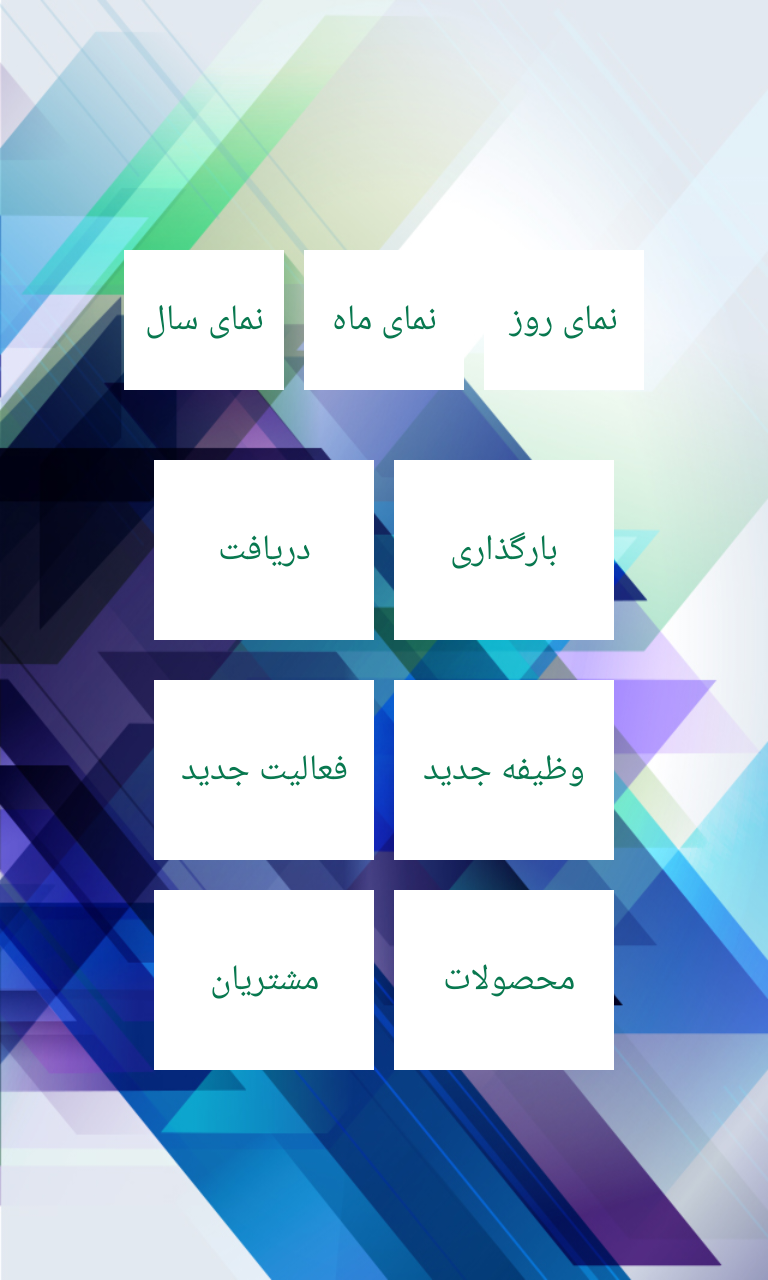
Repository: AtiehPardaz/CRM-Mobile
Layout: Crm-Mobile/res/layout/activity_home.xml
An editor plug-in stored every save of this project. The layout is shown before and after the next save, followed by the edit.
It is drawn on a 768 x 1280 px phone screen (xhdpi) without system bars, with theme AppTheme; the app's code is not run.

Above is the layout before, as saved 2015-02-21 13:37:44.

### Crm-Mobile/res/layout/activity_home.xml
<?xml version="1.0" encoding="utf-8"?>
<LinearLayout xmlns:android="http://schemas.android.com/apk/res/android"
    android:layout_width="match_parent"
    android:layout_height="match_parent"
    android:layout_gravity="center"
    android:background="@drawable/bghome"
    android:gravity="center"
    android:orientation="vertical" >

    <LinearLayout
        android:layout_width="wrap_content"
        android:layout_height="wrap_content"
        android:layout_gravity="center"
        android:layout_margin="20dp" >

        <Button
            android:id="@+id/btn_yearview"
            android:layout_width="80dp"
            android:layout_height="70dp"
            android:layout_margin="5dp"
            android:background="#ffffff"
            android:text="نمای سال"
            android:textColor="#08784F" />

        <Button
            android:id="@+id/btn_monthview"
            android:layout_width="80dp"
            android:layout_height="70dp"
            android:layout_margin="5dp"
            android:background="#ffffff"
            android:text="نمای ماه"
            android:textColor="#08784F" />

        <Button
            android:id="@+id/btn_dayview"
            android:layout_width="80dp"
            android:layout_height="70dp"
            android:layout_margin="5dp"
            android:background="#ffffff"
            android:text="نمای روز"
            android:textColor="#08784F" />

    </LinearLayout>

    <LinearLayout
        android:layout_width="wrap_content"
        android:layout_height="wrap_content"
        android:layout_margin="5dp" >

        <Button
            android:id="@+id/btn_download"
            android:layout_width="110dp"
            android:layout_height="90dp"
            android:layout_margin="5dp"
            android:background="#ffffff"
            android:text="دریافت"
              android:textColor="#08784F" />

        <Button
            android:id="@+id/btn_upload"
            android:layout_width="110dp"
            android:layout_height="90dp"
            android:layout_margin="5dp"
            android:background="#ffffff"
            android:text="بارگذاری"
              android:textColor="#08784F" />

    </LinearLayout>

    <LinearLayout
        android:layout_width="wrap_content"
        android:layout_height="wrap_content"
        android:layout_margin="5dp" >

        <Button
            android:id="@+id/btn_newactivity"
            android:layout_width="110dp"
            android:layout_height="90dp"
            android:layout_margin="5dp"
            android:background="#ffffff"
            android:text="فعالیت جدید"
             android:textColor="#08784F" />

        <Button
            android:id="@+id/btn_newtask"
            android:layout_width="110dp"
            android:layout_height="90dp"
            android:layout_margin="5dp"
            android:background="#ffffff"
            android:text="وظیفه جدید"
            android:textColor="#08784F" />

    </LinearLayout>

    <LinearLayout
        android:layout_width="wrap_content"
        android:layout_height="wrap_content" >

        <Button
            android:id="@+id/btn_customer"
            android:layout_width="110dp"
            android:layout_height="90dp"
            android:layout_margin="5dp"
            android:background="#ffffff"
            android:text="مشتریان"
              android:textColor="#08784F" />

        <Button
            android:id="@+id/btn_productservises"
            android:layout_width="110dp"
            android:layout_height="90dp"
            android:layout_margin="5dp"
            android:background="#ffffff"
            android:text="محصولات "
              android:textColor="#08784F"/>

    </LinearLayout>

</LinearLayout>

Loaded but not shown: Crm-Mobile/res/values/styles.xml (common file); Crm-Mobile/res/values-v11/styles.xml (common file); Crm-Mobile/res/values-v14/styles.xml (common file)

After the next save:
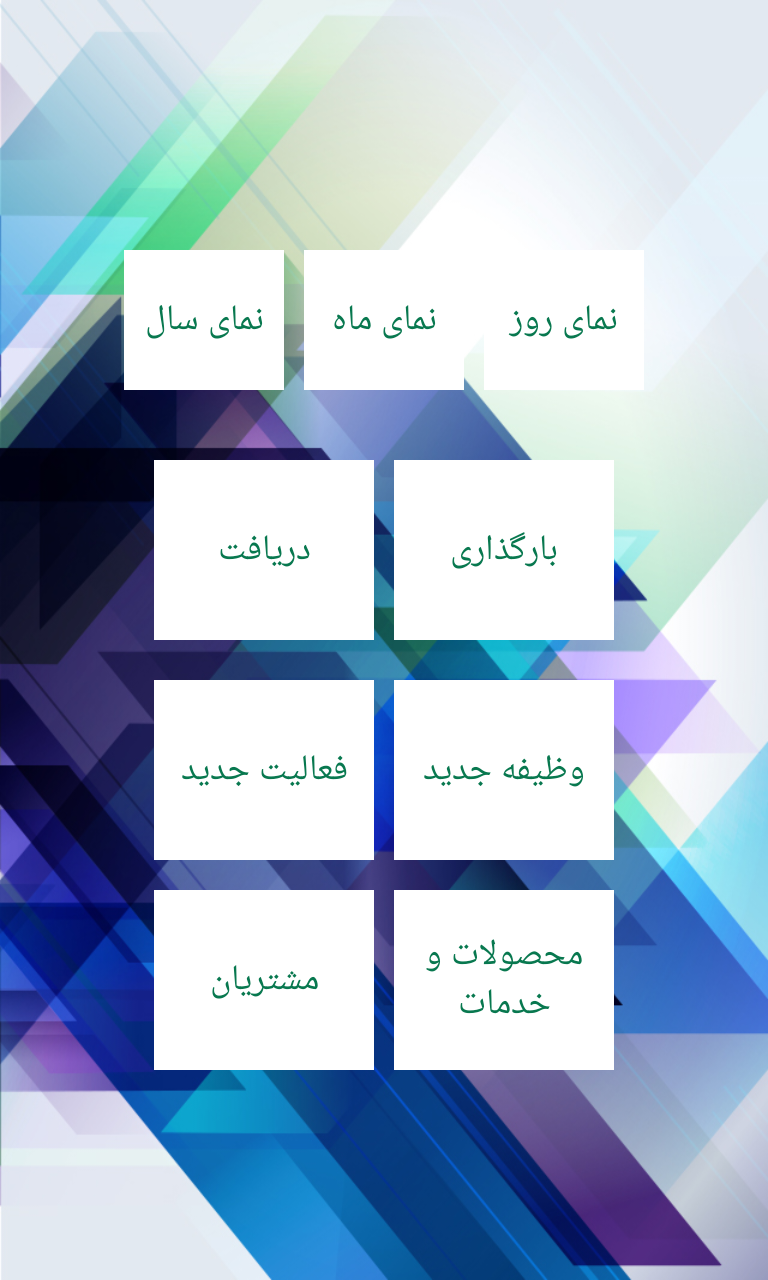
Saved 5 min 4 s later.
--- a/Crm-Mobile/res/layout/activity_home.xml
+++ b/Crm-Mobile/res/layout/activity_home.xml
@@ -109,10 +109,11 @@
             android:id="@+id/btn_productservises"
             android:layout_width="110dp"
             android:layout_height="90dp"
+            android:layout_gravity="center"
             android:layout_margin="5dp"
             android:background="#ffffff"
-            android:text="محصولات "
-              android:textColor="#08784F"/>
+            android:text="محصولات و خدمات"
+            android:textColor="#08784F" />
 
     </LinearLayout>
 
